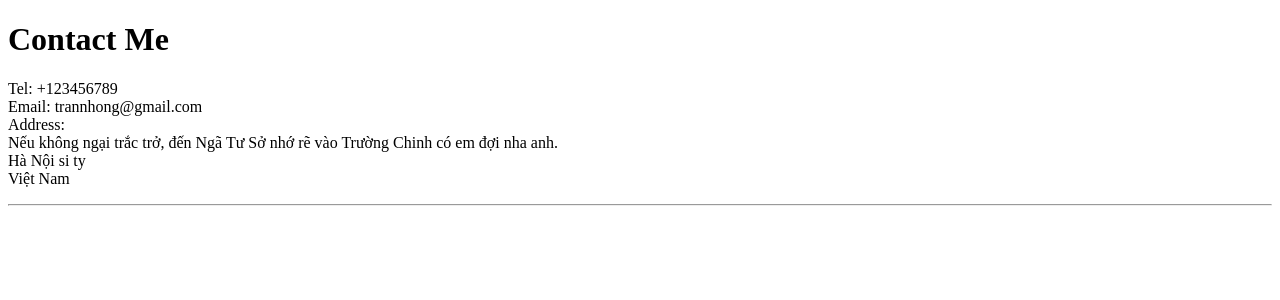
Repository: bachphamudu/index-ontap1
Page: more-info/contact.html
An editor plug-in stored every save of this project. The page is shown before and after the next save, followed by the edit.
The browser window is 1280 px wide. The pictures show the whole page.

Above is the page before, as saved 2026-10-15 23:02:28.

### more-info/contact.html
<!DOCTYPE html>
<html lang="vi">

<head>
  <meta charset="UTF-8">
  <meta http-equiv="X-UA-Compatible" content="IE=edge">
  <meta name="viewport" content="width=device-width, initial-scale=1.0">
  <title>Contact Me</title>
</head>

<body>
  <!-- Thêm các link điều hướng -->


  <h1>Contact Me</h1>
  <p>Tel: +123456789 <br>
    Email: trannhong@gmail.com<br>
    Address:<br>
    Nếu không ngại trắc trở, đến Ngã Tư Sở nhớ rẽ vào Trường Chinh có em đợi nha anh. <br />
    Hà Nội si ty<br />
    Việt Nam <br />
  </p>
  <hr>
</body>

</html>

After the next save:
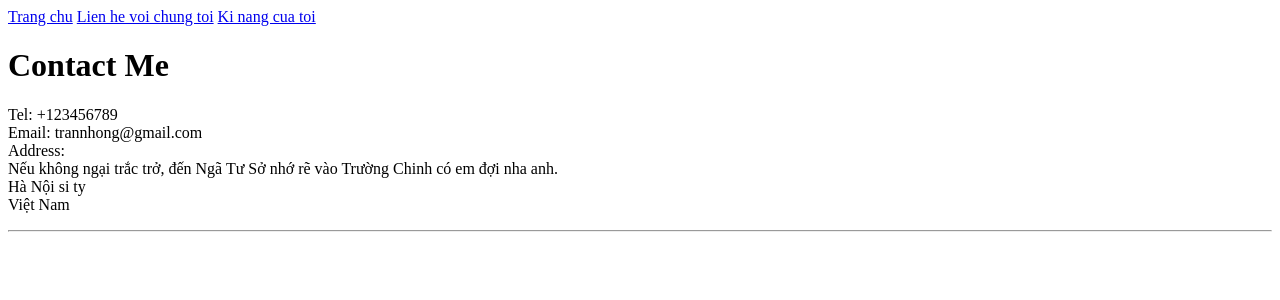
Saved 5 min 32 s later.
--- a/more-info/contact.html
+++ b/more-info/contact.html
@@ -10,7 +10,12 @@
 
 <body>
   <!-- Thêm các link điều hướng -->
-
+  <!-- 1. Điều hướng về trang chủ -->
+    <a href="/">Trang chu</a>
+    <!-- 2. Điều hướng đến contact.html -->
+    <a href="./more-info/contact.html">Lien he voi chung toi</a>
+    <!-- 3. Điều hướng đến my-skill.html -->
+    <a href="./more-info/my-skill.html">Ki nang cua toi</a>
 
   <h1>Contact Me</h1>
   <p>Tel: +123456789 <br>
